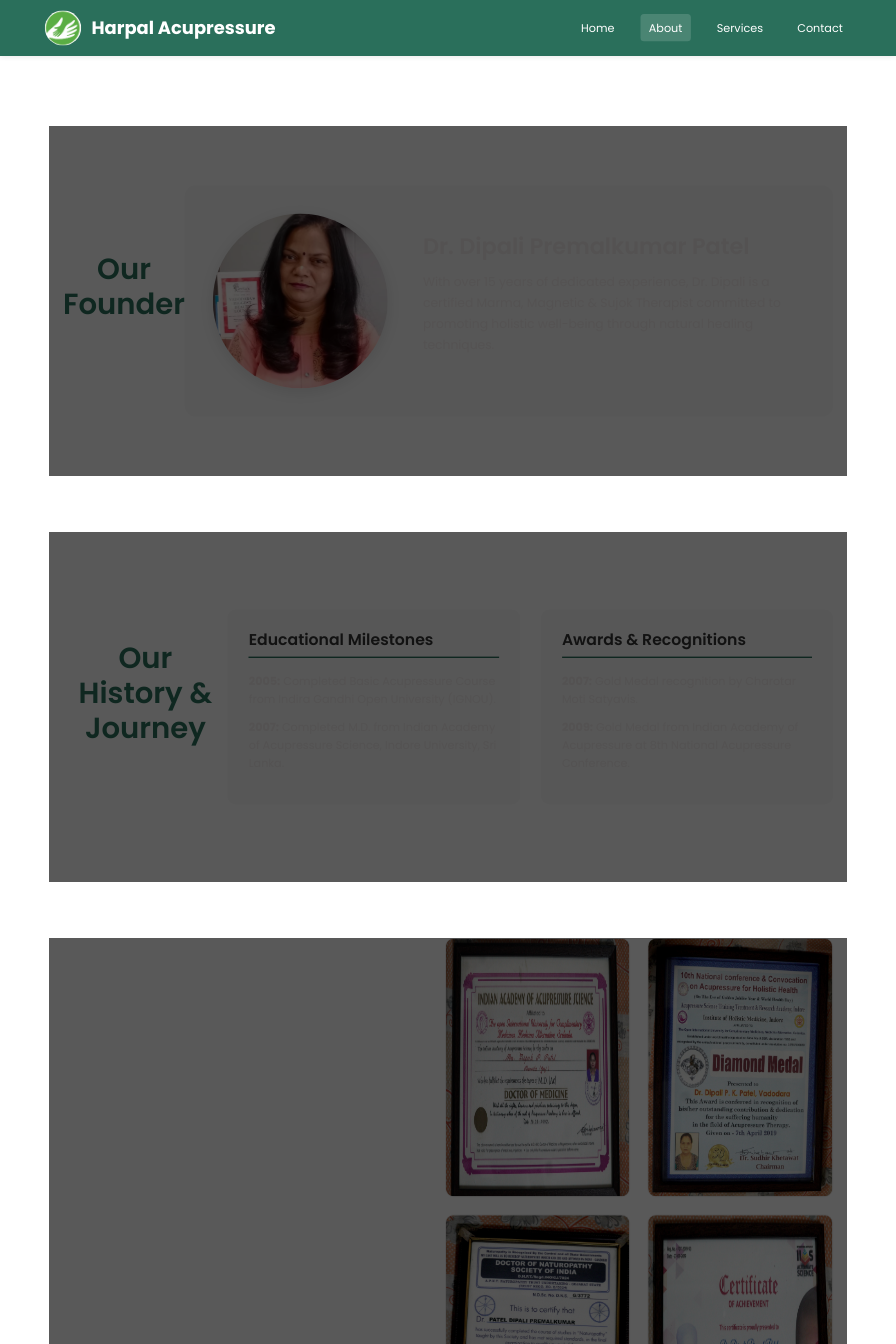
Repository: swasthiik/my-websites
Page: about.html
An editor plug-in stored every save of this project. The page is shown before and after the next save, followed by the edit.
The browser window is 1280 px wide. The pictures show the part of the page from y = 0 to 1920 px (the page is 6622 px tall), at 70% of full size.

Above is the page before, as saved 2025-11-01 13:26:48.

### about.html
<!DOCTYPE html>
<html lang="en">
<head>
  <meta charset="utf-8" />
  <meta name="viewport" content="width=device-width,initial-scale=1" />
  <meta name="description" content="Meet Dr. Dipali Patel and learn about the history, journey, and achievements of Harpal Acupressure." />
  <title>About Us — Harpal Acupressure</title>

  <!-- Google Font -->
  <link href="https://fonts.googleapis.com/css2?family=Poppins:wght@300;400;500;600;700&display=swap" rel="stylesheet">

  <!-- Favicon -->
  <link rel="icon" href="images/logo.jpg">

  <!-- CSS -->
  <link rel="stylesheet" href="style.css">
  <link rel="stylesheet" href="about.css">
</head>

<body class="about-page">
  <!-- HEADER -->
  <header>
    <div class="header-left">
        <img src="images/logo.jpg" alt="Harpal Acupressure Logo" class="header-logo">
        <a href="index.html" class="brand-name">Harpal Acupressure</a>
    </div>
    <nav class="nav-menu" id="nav-menu" aria-label="Main navigation">
      <ul>
        <li><a href="index.html">Home</a></li>
        <li><a href="about.html" class="active">About</a></li>
        <li><a href="index.html#services">Services</a></li>
        <li><a href="contact.html">Contact</a></li>
      </ul>
    </nav>
    <button class="mobile-menu-button" id="menu-button" aria-label="Open Menu" aria-expanded="false">
        <span class="dot" aria-hidden="true"></span>
        <span class="dot" aria-hidden="true"></span>
        <span class="dot" aria-hidden="true"></span>
    </button>
  </header>

  <!-- MAIN CONTENT AREA -->
  <main>
    <!-- FOUNDER SECTION -->
    <section id="founder" class="about-content-section" aria-labelledby="founder-title">
      <h2 id="founder-title" class="section-title">Our Founder</h2>
      <div class="founder-card">
        <div class="founder-image">
          <img src="images/photo1.png" alt="Dr. Dipali Premalkumar Patel">
        </div>
        <div class="founder-details">
          <h3>Dr. Dipali Premalkumar Patel</h3>
          <p>With over 15 years of dedicated experience, Dr. Dipali is a certified Marma, Magnetic & Sujok Therapist committed to promoting holistic well-being through natural healing techniques.</p>
        </div>
      </div>
    </section>

    <!-- HISTORY & JOURNEY SECTION -->
    <section id="history" class="about-content-section" aria-labelledby="history-title">
      <h2 id="history-title" class="section-title">Our History & Journey</h2>
      <div class="history-grid">
        <div class="history-box">
            <h4>Educational Milestones</h4>
            <ul>
                <li><strong>2005:</strong> Completed Basic Acupressure Course from Indira Gandhi Open University (IGNOU).</li>
                <li><strong>2007:</strong> Completed M.D. from Indian Academy of Acupressure Science, Indore University, Sri Lanka.</li>
            </ul>
        </div>
        <div class="history-box">
            <h4>Awards & Recognitions</h4>
            <ul>
                <li><strong>2007:</strong> Gold Medal recognition by Charotar Moti Satyavis.</li>
                <li><strong>2009:</strong> Gold Medal from Indian Academy of Acupressure at 8th National Acupressure Conference.</li>
            </ul>
        </div>
      </div>
    </section>

    <!-- CERTIFICATES & AWARDS SECTION -->
    <section id="achievements" class="about-content-section" aria-labelledby="certificates-title">
      <h2 id="certificates-title" class="section-title">Achievements & Certifications</h2>
      <p class="section-subtitle">We are proud to showcase our milestones and recognitions in holistic wellness.</p>
      <div class="trophy-grid">
          <div class="trophy-card"><img src="images/crt1.jpg" alt="Certificate 1"></div>
          <div class="trophy-card"><img src="images/crt2.jpg" alt="Certificate 2"></div>
          <div class="trophy-card"><img src="images/crt3.jpg" alt="Certificate 3"></div>
          <div class="trophy-card"><img src="images/crt4.jpg" alt="Certificate 4"></div>
          <div class="trophy-card"><img src="images/crt5.jpg" alt="Certificate 5"></div>
          <div class="trophy-card"><img src="images/crt6.jpg" alt="Certificate 6"></div>
          <div class="trophy-card"><img src="images/crt7.jpg" alt="Certificate 7"></div>
          <div class="trophy-card"><img src="images/crt8.jpg" alt="Certificate 8"></div>
          <div class="trophy-card"><img src="images/crt9.jpg" alt="Certificate 9"></div>
          <div class="trophy-card"><img src="images/crt10.jpg" alt="Certificate 10"></div>
          <div class="trophy-card"><img src="images/crt11.jpg" alt="Certificate 11"></div>
          <div class="trophy-card"><img src="images/crt12.jpg" alt="Certificate 12"></div>
          <div class="trophy-card"><img src="images/crt13.jpg" alt="Certificate 13"></div>
          <div class="trophy-card"><img src="images/crt14.jpg" alt="Certificate 14"></div>
          <div class="trophy-card"><img src="images/crt16.jpg" alt="Certificate 16"></div>
          <div class="trophy-card"><img src="images/crt17.jpg" alt="Certificate 17"></div>
          <div class="trophy-card"><img src="images/crt18.jpg" alt="Certificate 18"></div>
          <div class="trophy-card"><img src="images/crt19.jpg" alt="Certificate 19"></div>
          <div class="trophy-card"><img src="images/crt20.jpg" alt="Certificate 20"></div>
          <div class="trophy-card"><img src="images/crt21.jpg" alt="Certificate 21"></div>
          <div class="trophy-card"><img src="images/crt22.jpg" alt="Certificate 22"></div>
          <div class="trophy-card"><img src="images/crt23.jpg" alt="Certificate 23"></div>
          <div class="trophy-card"><img src="images/crt24.jpg" alt="Certificate 24"></div>
          <div class="trophy-card"><img src="images/crt25.jpg" alt="Certificate 25"></div>
          <div class="trophy-card"><img src="images/crt26.jpg" alt="Certificate 26"></div>
          <div class="trophy-card"><img src="images/crt27.jpg" alt="Certificate 27"></div>
      </div>
    </section>
  </main>

  <!-- FOOTER -->
  <footer>
    <p>&copy; <span id="current-year"></span> Harpal Acupressure. All Rights Reserved.</p>
  </footer>

  <script src="main.js"></script>
</body>
</html>

### style.css
/* style.css */

/* ========================================= */
/* ==== LIGHT THEME COLOR PALETTE ==== */
/* ========================================= */
:root {
    --primary-color: #2A6F5B;
    --secondary-color: #22594A;
    --accent-color: #4A9080;
    --text-color-dark: #333333;
    --text-color-light: #FFFFFF;
    --bg-color: #F8F9FA;
    --glass-card-bg: rgba(255, 255, 255, 0.75); /* No longer used in the same way */
    --glass-card-border: rgba(0, 0, 0, 0.1);
    --glass-card-shadow: rgba(0, 0, 0, 0.08);
    --header-height: 80px;
}

/* =================================== */
/* ==== GENERAL BODY & TYPOGRAPHY ==== */
/* =================================== */
body { font-family: 'Poppins', sans-serif; margin: 0; color: var(--text-color-dark); line-height: 1.6; background-color: var(--bg-color); overflow-x: hidden; scroll-behavior: smooth; padding-top: var(--header-height); box-sizing: border-box; }
body.menu-open { overflow: hidden; }
body.menu-open::after { content: ''; position: fixed; inset: 0; background-color: rgba(0, 0, 0, 0.5); z-index: 1004; transition: opacity 0.4s ease; }
h1, h2, h3, h4, h5, h6 { font-weight: 700; margin-top: 0; margin-bottom: 0.5em; color: var(--text-color-dark); line-height: 1.2; }
a { text-decoration: none; color: var(--primary-color); transition: color 0.3s ease; }
a:hover { color: var(--secondary-color); }
.btn { display: inline-block; background-color: var(--primary-color); color: var(--text-color-light); padding: 12px 25px; border-radius: 30px; margin-top: 15px; transition: all 0.3s ease; font-weight: 600; border: none; text-align: center; cursor: pointer; font-size: 1rem; }
.btn:hover { background-color: var(--secondary-color); transform: translateY(-2px); box-shadow: 0 4px 15px rgba(0,0,0,0.15); }

/* ============================ */
/* ==== HEADER & FOOTER ==== */
/* ============================ */
header {
    background-color: var(--primary-color);
    color: var(--text-color-light);
    padding: 15px 5%;
    display: flex;
    justify-content: space-between;
    align-items: center;
    box-shadow: 0 2px 8px rgba(0,0,0,0.1);
    position: fixed;
    top: 0;
    left: 0;
    width: 100%;
    z-index: 1000;
    height: var(--header-height);
    box-sizing: border-box;
}
.header-left { display: flex; align-items: center; gap: 15px; }
.header-logo { height: 50px; width: auto; border-radius: 50%; }
.brand-name { color: var(--text-color-light); font-size: 1.6em; font-weight: 700; }
.brand-name:hover { color: var(--text-color-light); }
.nav-menu { display: flex; }
.nav-menu ul { list-style: none; margin: 0; padding: 0; display: flex; gap: 25px; }
.nav-menu a { color: var(--text-color-light); font-weight: 400; padding: 8px 12px; position: relative; transition: all 0.3s ease; border-radius: 5px; }
.nav-menu a:hover,
.nav-menu a.active { background-color: rgba(255, 255, 255, 0.15); }
.mobile-menu-button { display: none; flex-direction: column; justify-content: space-around; width: 30px; height: 25px; background: transparent; border: none; cursor: pointer; padding: 0; z-index: 1010; }
.mobile-menu-button .dot { width: 25px; height: 3px; background-color: var(--text-color-light); border-radius: 2px; transition: all 0.3s ease; }
footer { background-color: var(--secondary-color); color: var(--text-color-light); text-align: center; padding: 20px 5%; font-size: 0.9em; }

/* ============================ */
/* ==== HERO SECTION ==== */
/* ============================ */
#hero { background-image: url('images/background.jpg'); background-size: cover; background-position: center; height: calc(100vh - var(--header-height)); display: flex; justify-content: center; align-items: center; text-align: center; color: var(--text-color-light); position: relative; overflow: hidden; }
#hero::before { content: ''; position: absolute; inset: 0; background-color: rgba(0, 0, 0, 0.6); z-index: 0; }
.hero-overlay { z-index: 1; }
.hero-logo { width: 150px; height: 150px; border-radius: 50%; object-fit: cover; border: 4px solid var(--primary-color); margin-bottom: 25px; box-shadow: 0 6px 20px rgba(0,0,0,0.5); }
#hero h1 { font-size: 3.5em; color: var(--text-color-light); text-shadow: 1px 1px 4px rgba(0,0,0,0.7); }
#hero p { font-size: 1.3em; color: #f0f0f0; text-shadow: 1px 1px 3px rgba(0,0,0,0.7); }

/* ============================ */
/* ==== GENERAL SECTION STYLING ==== */
/* ============================ */
section { padding: 80px 5%; position: relative; background-attachment: fixed; background-size: cover; background-position: center; min-height: 500px; display: flex; align-items: center; justify-content: center; overflow: hidden; }
#about-home { background-image: url('images/background2.jpg'); }
#services { background-image: url('images/background3.jpg'); }
#contact-section-home { background-image: url('images/background5.jpg'); }
#contact-page { background-image: url('images/background5.jpg'); }

/* ==== MODIFIED: Changed the white overlay to a dark one for better readability ==== */
section::before {
    content: '';
    position: absolute;
    inset: 0;
    background-color: rgba(0, 0, 0, 0.65); /* Was rgba(255, 255, 255, 0.6) */
    z-index: 0;
}

/* ==== MODIFIED: Removed the glass card background and changed text to white ==== */
.glass-section .section-card {
    background: transparent; /* Was var(--glass-card-bg) */
    border-radius: 0;
    padding: 40px;
    box-shadow: none; /* Was 0 8px 32px 0 var(--glass-card-shadow) */
    backdrop-filter: none; /* Was blur(12px) */
    -webkit-backdrop-filter: none; /* Was blur(12px) */
    border: none; /* Was 1px solid var(--glass-card-border) */
    max-width: 1200px;
    width: 100%;
    z-index: 1;
    color: var(--text-color-light); /* Was var(--text-color-dark) */
    text-align: center;
    box-sizing: border-box;
    text-shadow: 1px 1px 3px rgba(0,0,0,0.5); /* Added for readability */
}

/* ==== MODIFIED: Changed heading color to white ==== */
.glass-section h2 {
    font-size: 2.8em;
    margin-bottom: 30px;
    color: var(--text-color-light); /* Was var(--primary-color) */
    text-shadow: 1px 1px 4px rgba(0,0,0,0.7); /* Added for readability */
}


/* ============================ */
/* ==== SERVICES & CONTACT ==== */
/* ============================ */
.services-grid { display: grid; grid-template-columns: repeat(auto-fit, minmax(280px, 1fr)); gap: 30px; margin-top: 40px; }

/* ==== MODIFIED: Made service cards transparent with a subtle border ==== */
.service-card {
    background: rgba(0, 0, 0, 0.2); /* Was rgba(255, 255, 255, 0.85) */
    border-radius: 12px;
    overflow: hidden;
    box-shadow: none; /* Was 0 6px 20px 0 var(--glass-card-shadow) */
    border: 1px solid rgba(255, 255, 255, 0.2); /* Changed to a light border */
    transition: transform 0.3s ease, background-color 0.3s ease;
    text-align: left;
    display: flex;
    flex-direction: column;
}

.service-card:hover {
    transform: translateY(-8px);
    background-color: rgba(0, 0, 0, 0.3);
}

.service-card img { width: 100%; height: 200px; object-fit: cover; display: block; border-bottom: 1px solid rgba(255, 255, 255, 0.1); }
.service-card .svc-body { padding: 20px; flex-grow: 1; }

/* ==== MODIFIED: Changed service text colors to be light ==== */
.service-card .svc-title {
    font-size: 1.4em;
    font-weight: 600;
    color: var(--text-color-light); /* Was var(--secondary-color) */
    margin-bottom: 10px;
}
.service-card .svc-text {
    font-size: 0.95em;
    color: #e0e0e0; /* Was #555555 */
    line-height: 1.5;
}

/* ==== MODIFIED: Changed contact section text to be light ==== */
.contact-left h3, .contact-center h3, .quick-links h4 {
    color: var(--text-color-light);
}
.quick-links a { color: #dddddd; }
.final-line { color: var(--accent-color); border-top: 1px solid rgba(255,255,255,0.2); }
#contact-section-home .social-btns img { width: 60px; height: 60px; transition: transform 0.3s ease; border-radius: 12px; }
#contact-section-home .social-btns img:hover { transform: scale(1.1); }


/* ============================ */
/* ==== MOBILE & RESPONSIVE ==== */
/* ============================ */
@media (max-width: 992px) {
    header { justify-content: space-between; }
    .mobile-menu-button { display: flex; }
    .nav-menu { display: none; flex-direction: column; position: fixed; top: var(--header-height); left: 0; width: 100%; height: calc(100vh - var(--header-height)); background-color: var(--primary-color); transform: translateX(100%); transition: transform 0.4s ease-in-out; z-index: 1005; overflow-y: auto; }
    .nav-menu[aria-hidden="false"] { display: flex; transform: translateX(0); }
    .nav-menu ul { flex-direction: column; align-items: center; padding: 20px 0; }
    .nav-menu ul li { margin: 10px 0; width: 100%; text-align: center; }
    .nav-menu ul li a { display: block; padding: 15px 20px; font-size: 1.2em; border-bottom: 1px solid rgba(255, 255, 255, 0.1); color: white; }
    .nav-menu ul li:last-child a { border-bottom: none; }
    .nav-menu ul li a:hover, .nav-menu ul li a.active { background-color: var(--secondary-color); color: var(--text-color-light); }
}
@media (max-width: 768px) {
    #hero h1 { font-size: 2.5em; }
    #hero p { font-size: 1em; }
    .hero-logo { width: 120px; height: 120px; }
    .glass-section h2 { font-size: 2em; }
    .glass-section .section-card { padding: 30px; }
    .about-content-grid, .contact-section-home .inner, #contact-page .inner { grid-template-columns: 1fr; text-align: center; }
    .services-grid { grid-template-columns: 1fr; }
    .social-btns, .btn-area { justify-content: center; }
    .brand-name { font-size: 1.3em; }
    .header-logo { height: 40px; }
}
@media (max-width: 480px) {
    header { padding: 10px 3%; }
    #hero h1 { font-size: 2em; }
    #hero p { font-size: 0.9em; }
    .hero-logo { width: 100px; height: 100px; }
    section { padding: 60px 3%; }
    .glass-section .section-card { padding: 25px; }
    .glass-section h2 { font-size: 1.8em; }
    .contact-left h3, .contact-center h3, .quick-links h4 { font-size: 1.4em; }
    .brand-name { display: none; }
}

### about.css
/* about.css - Clean, Simple, and White Professional Design */

/* =================================== */
/* ==== 1. PAGE SETUP & BACKGROUND ==== */
/* =================================== */

body.about-page {
  /* A simple and clean white background */
  background-color: #ffffff;
}

main {
  /* Adds space between the header and the start of the content */
  padding-top: 100px;
}

/* =================================== */
/* ==== 2. GENERAL SECTION STYLES ==== */
/* =================================== */

.about-content-section {
  max-width: 1100px; /* Limits the width of all content */
  margin: 0 auto 80px auto; /* Centers content and adds space below each section */
  padding: 0 20px; /* Adds space on the left and right */
}

.section-title {
  text-align: center;
  font-size: 2.6em;
  font-weight: 600;
  color: #2A6F5B; /* Your primary brand color */
  margin-bottom: 40px;
}

.section-subtitle {
  text-align: center;
  font-size: 1.1em;
  color: #555;
  max-width: 700px;
  margin: -20px auto 40px auto; /* Pulls subtitle closer to the title */
}


/* =================================== */
/* ==== 3. FOUNDER SECTION ==== */
/* =================================== */

.founder-card {
  display: flex;
  align-items: center;
  gap: 50px;
  background-color: #f9f9f9; /* A very light grey box for the founder */
  padding: 40px;
  border-radius: 16px;
}

.founder-image {
  flex: 0 0 250px; /* Fixed width for the image */
  height: 250px;
}

.founder-image img {
  width: 100%;
  height: 100%;
  object-fit: cover;
  border-radius: 50%; /* Makes the founder image a circle */
  box-shadow: 0 5px 20px rgba(0, 0, 0, 0.1);
}

.founder-details {
  flex: 1; /* Text takes up the remaining space */
}

.founder-details h3 {
  font-size: 2em;
  font-weight: 600;
  color: #f1ecec;
  margin: 0 0 15px 0;
}

.founder-details p {
  font-size: 1.1em;
  line-height: 1.7;
  color: #f3eded;
}

/* ======================================================= */
/* ==== 4. HISTORY & JOURNEY (TITLE IS NOW ABOVE) ==== */
/* ======================================================= */

.history-grid {
  display: grid;
  grid-template-columns: 1fr 1fr; /* Two equal columns */
  gap: 30px;
}

.history-box {
  background-color: #f9f9f9; /* Matches the founder section box */
  padding: 30px;
  border-radius: 12px;
}

.history-box h4 {
  font-size: 1.4em;
  font-weight: 600;
  color: #333;
  margin: 0 0 20px 0;
  border-bottom: 2px solid #2A6F5B;
  padding-bottom: 10px;
}

.history-box ul {
  list-style: none;
  padding-left: 0;
}

.history-box li {
  margin-bottom: 15px;
  font-size: 1em;
  color: #f1ecec;
  line-height: 1.6;
}

/* =================================== */
/* ==== 5. CERTIFICATES SECTION ==== */
/* =================================== */

.trophy-grid {
  display: grid;
  grid-template-columns: repeat(auto-fit, minmax(200px, 1fr));
  gap: 25px;
}

.trophy-card {
  border-radius: 12px;
  overflow: hidden;
  border: 1px solid #e9e9e9;
  transition: transform 0.3s ease, box-shadow 0.3s ease;
}

.trophy-card:hover {
  transform: translateY(-5px);
  box-shadow: 0 8px 20px rgba(0, 0, 0, 0.07);
}

.trophy-card img {
  width: 100%;
  height: 100%;
  display: block;
}


/* =================================== */
/* ==== 6. RESPONSIVE DESIGN ==== */
/* =================================== */

@media (max-width: 768px) {
  .founder-card {
    flex-direction: column; /* Stack image on top of text */
    text-align: center;
    gap: 25px;
  }

  .founder-image {
    width: 200px; /* Make circle smaller on mobile */
    height: 200px;
  }

  .history-grid {
    grid-template-columns: 1fr; /* Stack history boxes */
  }
}

@media (max-width: 480px) {
  .section-title {
    font-size: 2.2em;
  }
  .trophy-grid {
    grid-template-columns: repeat(auto-fit, minmax(140px, 1fr));
  }
}

Loaded but not shown: main.js (70 lines, source omitted)

After the next save:
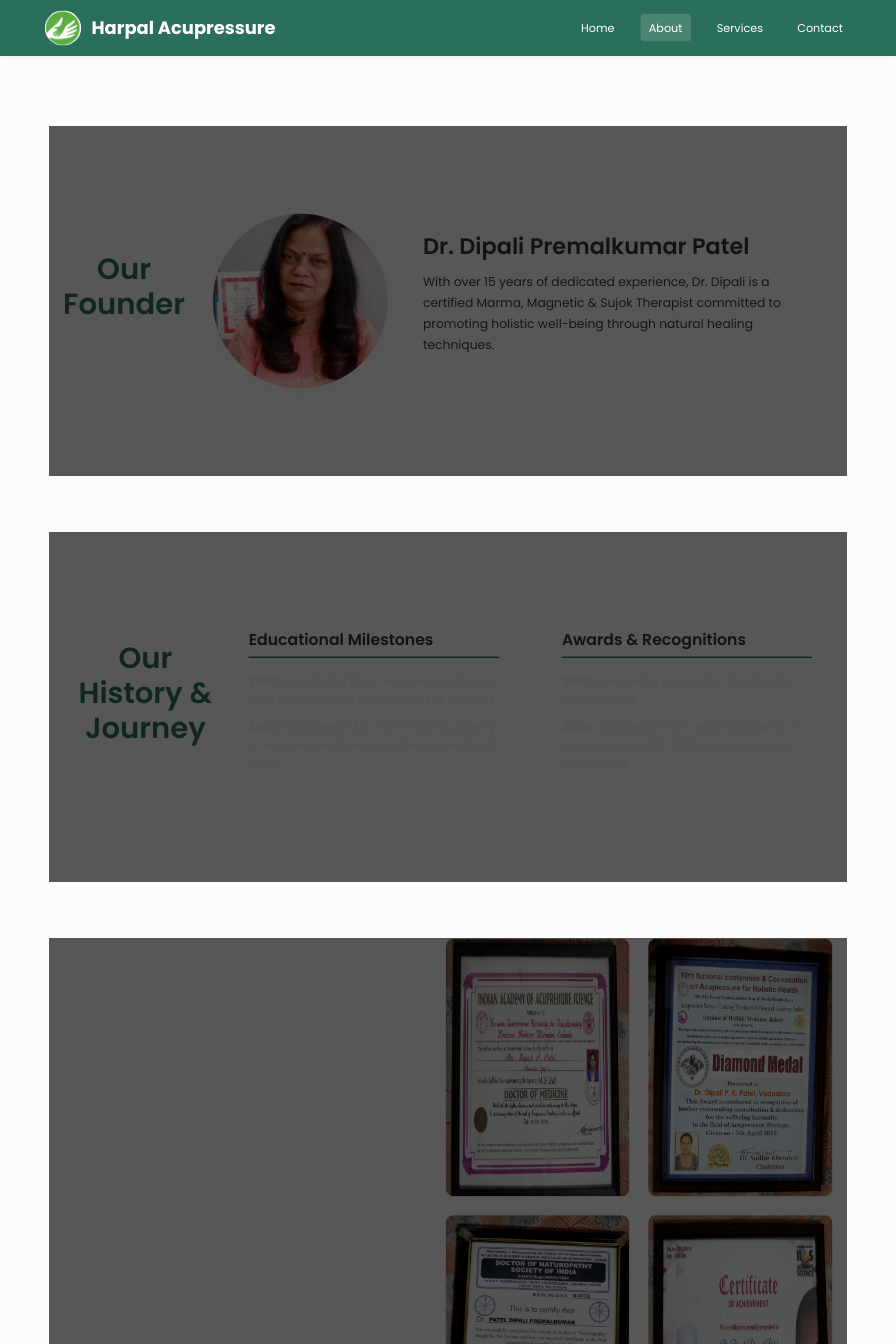
Saved 106 s later.
--- a/about.css
+++ b/about.css
@@ -6,7 +6,7 @@
 
 body.about-page {
   /* A simple and clean white background */
-  background-color: #ffffff;
+  background-color: #fdfbfb;
 }
 
 main {
@@ -64,7 +64,7 @@ main {
   height: 100%;
   object-fit: cover;
   border-radius: 50%; /* Makes the founder image a circle */
-  box-shadow: 0 5px 20px rgba(0, 0, 0, 0.1);
+  box-shadow: 0 5px 20px rgba(245, 240, 240, 0.1);
 }
 
 .founder-details {
@@ -74,14 +74,14 @@ main {
 .founder-details h3 {
   font-size: 2em;
   font-weight: 600;
-  color: #f1ecec;
+  color: #383737;
   margin: 0 0 15px 0;
 }
 
 .founder-details p {
   font-size: 1.1em;
   line-height: 1.7;
-  color: #f3eded;
+  color: #3b3a3a;
 }
 
 /* ======================================================= */
